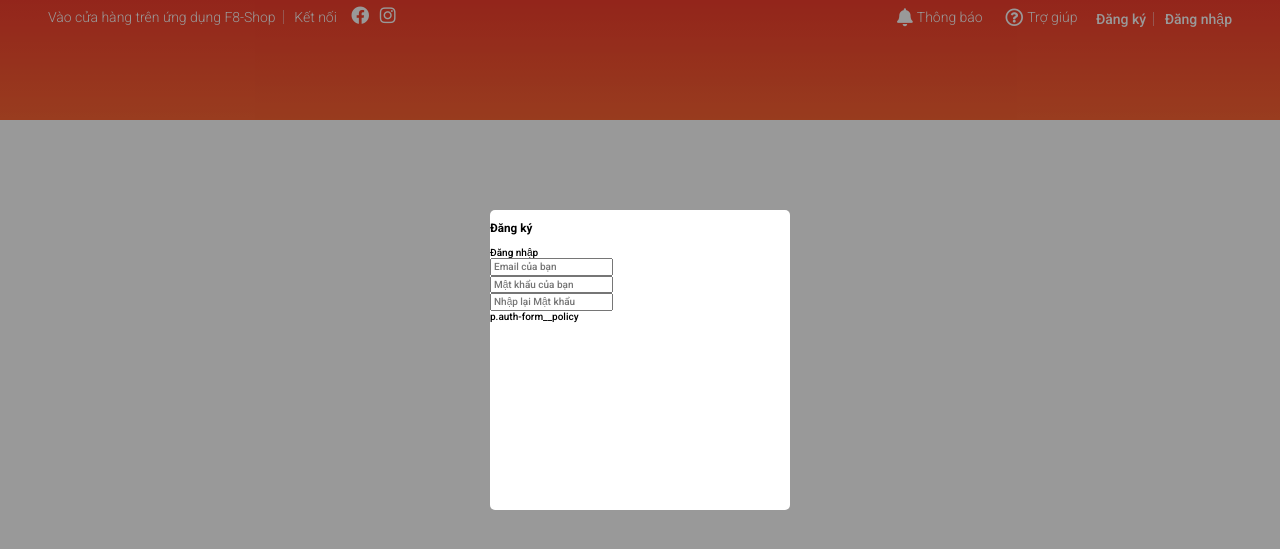
Repository: vanhaibdh/web-demo-site
Page: index.html
The author's editor kept a copy of each file at every save. The page is drawn from the files as they stood at one save, then again after a run of saves.
The browser window is 1280 px wide. The pictures show the whole page.

Above is the page before, as saved 2021-09-13 23:59:46.

### index.html
<!DOCTYPE html>
<html lang="en">
<head>
    <meta charset="UTF-8">
    <meta http-equiv="X-UA-Compatible" content="IE=edge">
    <meta name="viewport" content="width=device-width, initial-scale=1.0">
    <title>Web-base</title>
    <link rel="stylesheet" href="./assets/css/reset.css">
    <link rel="stylesheet" href="./assets/css/base.css">
    <link rel="stylesheet" href="./assets/css/main.css">
    <link href="./assets/fonts/fontawesome/css/all.min.css" rel="stylesheet">
    <link rel="preconnect" href="https://fonts.googleapis.com">
<link rel="preconnect" href="https://fonts.gstatic.com" crossorigin>
<link href="https://fonts.googleapis.com/css2?family=Roboto:wght@100;300;500;700&display=swap" rel="stylesheet">

</head>
<body>
    <div class="app">
        <div class="header">
            <div class="grid">
                <nav class="header__navbar">
                    <ul class="header__navbar-list">
                        <li class="header__navbar-item
                         header__navbar-item-has-qr
                         header__navbar-item--separate">Vào cửa hàng trên ứng dụng F8-Shop
                            <div class="header__qr">
                                <img src="./assets/img/qrcode.png" alt="qr-code" class="header__qr-img">
                                <div class="header__qr-apps">
                                    <a href="" class="header__qr-link">
                                        <img src="./assets/img/appstore.png" alt="App Store" class="header__qr-download-img">
                                    </a>
                                    <a href="" class="header__qr-link">
                                        <img src="./assets/img/google.png" alt="Google Play" class="header__qr-download-img">
                                    </a>
                                </div>
                            </div>
                        </li>
                        <li class="header__navbar-item"><span class="header__navbar-item--no-pointer">Kết nối</span></li>
                        <a href="" class="header__navbar-icon-link"><i class="header__navbar-icon fab fa-facebook"></i></a>
                        <a href="" class="header__navbar-icon-link"><i class="header__navbar-icon fab fa-instagram"></i></a>
                    </ul>
                    <ul class="header__navbar-list">
                        <li class="header__navbar-item header__navbar-item--has-notify">
                            <a href="" class="header__navbar-item-link "><i class="header__navbar-icon fas fa-bell"></i>Thông báo</a>
                            <div class="header__notify">
                                 <header class="header__notify-header">
                                     <h3>Thông báo mới nhận</h3>
                                 </header>
                                 <ul class="header__notify-list">
                                     <li class="header__notify-item">
                                         <a href="" class="header__notify-link">
                                             <img src="./assets/img/maypham1.jpg" alt="My Pham 1" class="header__notify-img">
                                             <div class="header__notify-info">
                                                 <span class="header__notify-name">Mỹ phẩm Ohui chính hãng </span>
                                                 <span class="header__notify-description">Mô tả Mỹ phẩm Ohui chính hãng</span>
                                             </div>
                                         </a>
                                     </li>
                                     <li class="header__notify-item">
                                        <a href="" class="header__notify-link">
                                            <img src="./assets/img/maypham2.jpg" alt="My Pham 2" class="header__notify-img">
                                            <div class="header__notify-info">
                                                <span class="header__notify-name">Mỹ phẩm Ohui chính hãng </span>
                                                <span class="header__notify-description">Mô tả Mỹ phẩm Ohui chính hãng</span>
                                            </div>
                                        </a>
                                    </li>
                                    <li class="header__notify-item header__notify-item--viewed">
                                        <a href="" class="header__notify-link">
                                            <img src="./assets/img/maypham3.jpg" alt="My Pham 3" class="header__notify-img">
                                            <div class="header__notify-info">
                                                <span class="header__notify-name">Mỹ phẩm Ohui chính hãng </span>
                                                <span class="header__notify-description">Mô tả Mỹ phẩm Ohui chính hãng</span>
                                            </div>
                                        </a>
                                    </li>
                                    <li class="header__notify-item">
                                        <a href="" class="header__notify-link">
                                            <img src="./assets/img/maypham4.jpg" alt="My Pham 4" class="header__notify-img">
                                            <div class="header__notify-info">
                                                <span class="header__notify-name">Mỹ phẩm Ohui chính hãng </span>
                                                <span class="header__notify-description">Lorem, ipsum dolor sit amet consectetur adipisicing elit. Accusamus laudantium consectetur quidem, ut quos expedita ea, dolorem, officiis quia molestias iusto alias dolorum cum totam omnis laborum tenetur temporibus ipsa!</span>
                                            </div>
                                        </a>
                                    </li>
                                    <li class="header__notify-item">
                                        <a href="" class="header__notify-link">
                                            <img src="./assets/img/maypham5.jpg" alt="My Pham 5" class="header__notify-img">
                                            <div class="header__notify-info">
                                                <span class="header__notify-name">Mỹ phẩm Ohui chính hãng </span>
                                                <span class="header__notify-description">Mô tả Mỹ phẩm Ohui chính hãng</span>
                                            </div>
                                        </a>
                                    </li>
                                 </ul>
                                 <footer class="header__notify-footer">
                                     <a href="" class="header__notify-footer-btn">Xem tất cả</a>
                                 </footer>
                            </div>
                        </li>
                        <li class="header__navbar-item">
                            <a href="" class="header__navbar-item-link"><i class="header__navbar-icon far fa-question-circle"></i>Trợ giúp</a>
                        </li>
                        <li class="header__navbar-item header__navbar-item--strong header__navbar-item--separate">Đăng ký</li>
                        <li class="header__navbar-item header__navbar-item--strong">Đăng nhập</li>
                    </ul>
                </nav>
            </div>
        </div>

        <div class="container">

        </div>

        <div class="footer">

        </div>
        <!-- modal layout -->
        <div class="modal">
            <div class="modal__overlay"></div>
            <div class="modal__body">
                <div class="modal__inner">
                    <!-- form authentication -->
                    <div class="auth-form">
                        <div class="auth-form__header">
                            <h3 class="auth-form__heading">Đăng ký</h3>
                            <span class="auth-form__switch-btn">Đăng nhập</span>
                        </div>

                        <div class="auth-form__form">
                            <div class="auth-form__group">
                                <input type="text" class="auth-form__input" placeholder="Email của bạn">
                            </div>
                            <div class="auth-form__group">
                                <input type="password" class="auth-form__input" placeholder="Mật khẩu của bạn">
                            </div>
                            <div class="auth-form__group">
                                <input type="password" class="auth-form__input" placeholder="Nhập lại Mật khẩu">
                            </div>
                        </div>

                        <div class="auth-form__aside">
                            p.auth-form__policy
                        </div>
                    </div>
                </div>
            </div>
        </div>
    </div>
</body>
</html>

### assets/css/base.css
:root {
    --primary-color : rgb(238, 75, 43);
    /* --primary-color-rgba : rgba(238, 75, 43, .7); */
    --white-color : #fff;
    --black-color : #000;
    --text-color : #333;
}

*{
    box-sizing: inherit;
}

html {
    /* hack css */
    font-size: 62.5%;
    line-height: 1.6 rem;
    font-family: 'Roboto', sans-serif;
    box-sizing: border-box;
}

.grid {
    width: 1200px;
    max-width: 100%;
    margin: 0 auto;
}

.grid__full-width {
    width: 100%;
}

.grid__row {
    display: flex;
    flex-wrap: wrap;
}

/* Animation */

@keyframes fadeIn{
    from {
        opacity: 0;
    }
    to {
        opacity: 1;
    }
}

/* modal CSS */
.modal {
    position: fixed;
    top:0;
    right: 0;
    bottom: 0;
    left: 0;
    display: flex;
}
.modal__overlay {
    position: absolute;
    width: 100%;
    height: 100%;
    background-color: rgba(0, 0, 0, 0.4);
    z-index: 2;
}

.modal__body {
    width: 300px;
    height: 300px;
    background-color: var(--white-color);
    margin: auto;
    position: relative;
    z-index: 3;
    border-radius: 5px;
}

### assets/css/main.css
.header {
    height: 120px;
    background-image: linear-gradient(0, #fe6433, #f53e2d);
}

.header__navbar {
    display: flex;
    justify-content: space-between;
}
.header__navbar-list {
    list-style: none;
    padding-left: 0;
    margin-top: 4px;
}

.header__navbar-item {
    position: relative;
    margin: 0 8px;
    min-height: 2.6rem;
}

.header__navbar-item,
.header__navbar-item-link {
    display: inline-block;
    font-size: 1.4rem;
    color: var(--white-color);
    text-decoration: none;
    font-weight: 300;
}

.header__navbar-item,
.header__navbar-item-link,
.header__navbar-icon {
    display: inline-flex;
    align-items: center;
}

.header__navbar-item:hover,
.header__navbar-icon-link:hover,
.header__navbar-item-link:hover {
    cursor: pointer;
    color: rgba(255, 255, 255, 0.7);
}

.header__navbar-item--strong {
    font-weight: 400;
}

.header__navbar-item--separate::after {
    content: "";
    display: block;
    position: absolute;
    border-left: 1px solid #fb9086;
    height: 14px;
    right: -8px;
    top: 50%;
    transform: translateY(-50%);
}

.header__navbar-icon-link {
    color: var(--white-color);
    text-decoration: none;
}

.header__navbar-icon {
    font-size: 1.8rem;
    margin : 0 4px;
}

.header__navbar-item--no-pointer {
    cursor: default ;
    color: var(--white-color);
}

/* header QR code */
.header__qr {
    background-color: var(--white-color);
    width: 186px;
    position: absolute;
    left: 0;
    top: 118%;
    padding: 8px;
    border-radius: 2px;
    display: none;
    animation: fadeIn ease 0.5s;
}

.header__qr::before {
    content: "";
    position: absolute;
    left: 0;
    top: -18px;
    width: 100%;
    height: 20px;
    display: block;

}

.header__qr-img {
    width: 100%;
}

.header__qr-apps {
    display: flex;
    justify-content: space-between;
}

.header__qr-link:first-child {
    margin-left: 11px;
}

.header__qr-link:last-child {
    margin-right: 11px;
}
.header__qr-download-img {
    height: 14px;
}

.header__navbar-item-has-qr:hover .header__qr {
    display: block;
}

.header__navbar-item--has-notify:hover .header__notify {
    display: block;
}
/* header notification */
.header__notify {
    position: absolute;
    margin-top: 6px;
    width: 404px;
    top: 100%;
    right: 0;
    background-color: var(--white-color);
    border: 1px solid #d3d3d3;
    animation: headerNotifyGrowth ease-in 0.25s ;
    transform-origin: calc(100% - 20px) top;
    will-change: opacity , transform;
    display: none;
}

@keyframes headerNotifyGrowth {
    from{
        opacity: 0;
        transform: scale(0);
    }
    to {
        opacity: 1;
        transform: scale(1);
    }
}

.header__notify::before{
    content: "";
    border-style: solid;
    border-width: 20px 26px;
    border-color: transparent transparent var(--white-color) transparent;
    position: absolute;
    right: 10px;
    top: -30px
}

.header__notify::after {
    content: "";
    display: block;
    position: absolute;
    right: 0;
    top: -26px;
    width: 90px;
    height: 40px;
    background: transparent;
}

.header__notify-header {
    height: 40px;
    background-color: var(--white-color);
}

.header__notify-header h3 {
    color: #999;
    margin: 0;
    font-weight: 400;
    font-size: 1.4rem;
    line-height: 40px;
    margin: 0 0 0 12px;
    cursor: text;
    user-select: none;
}

.header__notify-list {
    padding-left: 0;
    display: flex;
    flex-wrap: wrap;
}

.header__notify-item {
    display: flex;
    width: 100%;
}

.header__notify-item:hover {
    background-color: #f7f7f7;
}
.header__notify-item--viewed {
    background-color: rgba(238, 75, 43, .09);
}

.header__notify-link {
    display: flex;
    width: 100%;
    padding: 12px;
    text-decoration: none;

}

.header__notify-img {
    width: 48px;
    object-fit: contain;
}

.header__notify-info {
    margin-left: 12px;
    /* display: flex;
    flex-direction: column;
    justify-content: space-between; */
}

.header__notify-name {
    display: block;
    font-size: 1.4rem;
    color: var(--text-color);
    font-weight: 400;
    align-self: start;
    line-height: 1.8rem;
}

.header__notify-description {
    display: block;
    font-size: 1.2rem;
    line-height: 1.6rem;
    color: #756f6e;
    align-self: flex-end;
    margin-top: 4px;
}

.header__notify-footer {
    display: flex;
}

.header__notify-footer-btn {
    text-decoration: none;
    color: var(--text-color);
    font-size: 1.4rem;
    font-weight: 400;
    padding: 4px 0px;
    width: 100%;
    text-align: center;
}

Loaded but not shown: assets/css/reset.css (common file); assets/fonts/fontawesome/css/all.min.css (library)

After the next 2 saves:
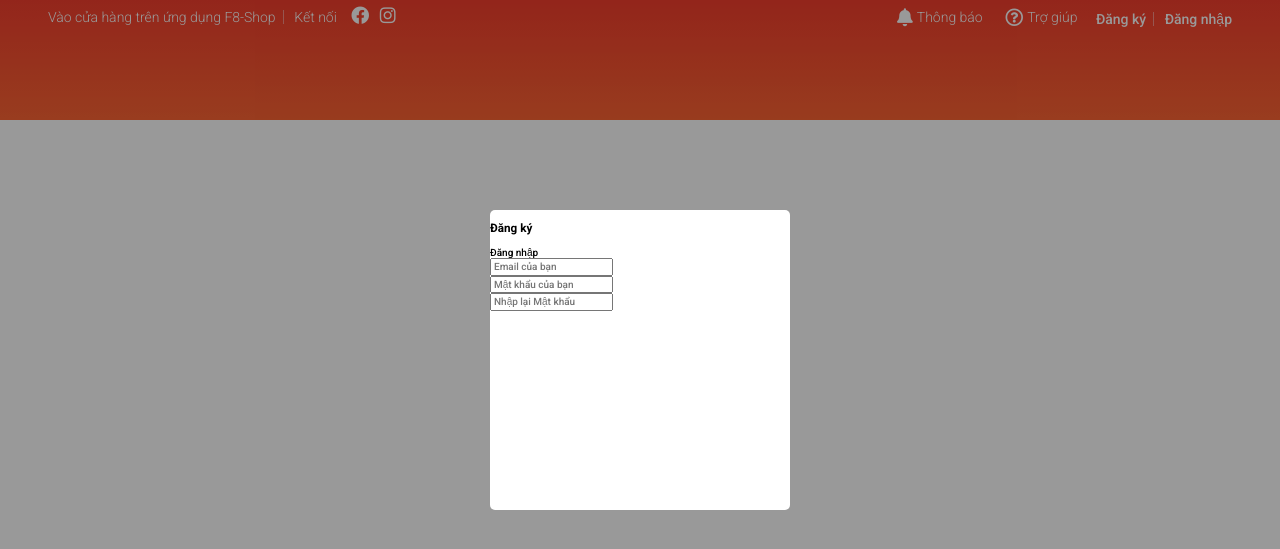
The 2 saves are shown as one change because they came seconds apart.
The last was saved 6 s later.
--- a/index.html
+++ b/index.html
@@ -140,7 +140,7 @@
                         </div>
 
                         <div class="auth-form__aside">
-                            p.auth-form__policy
+                            <p class="auth-form__policy-text"></p>
                         </div>
                     </div>
                 </div>
